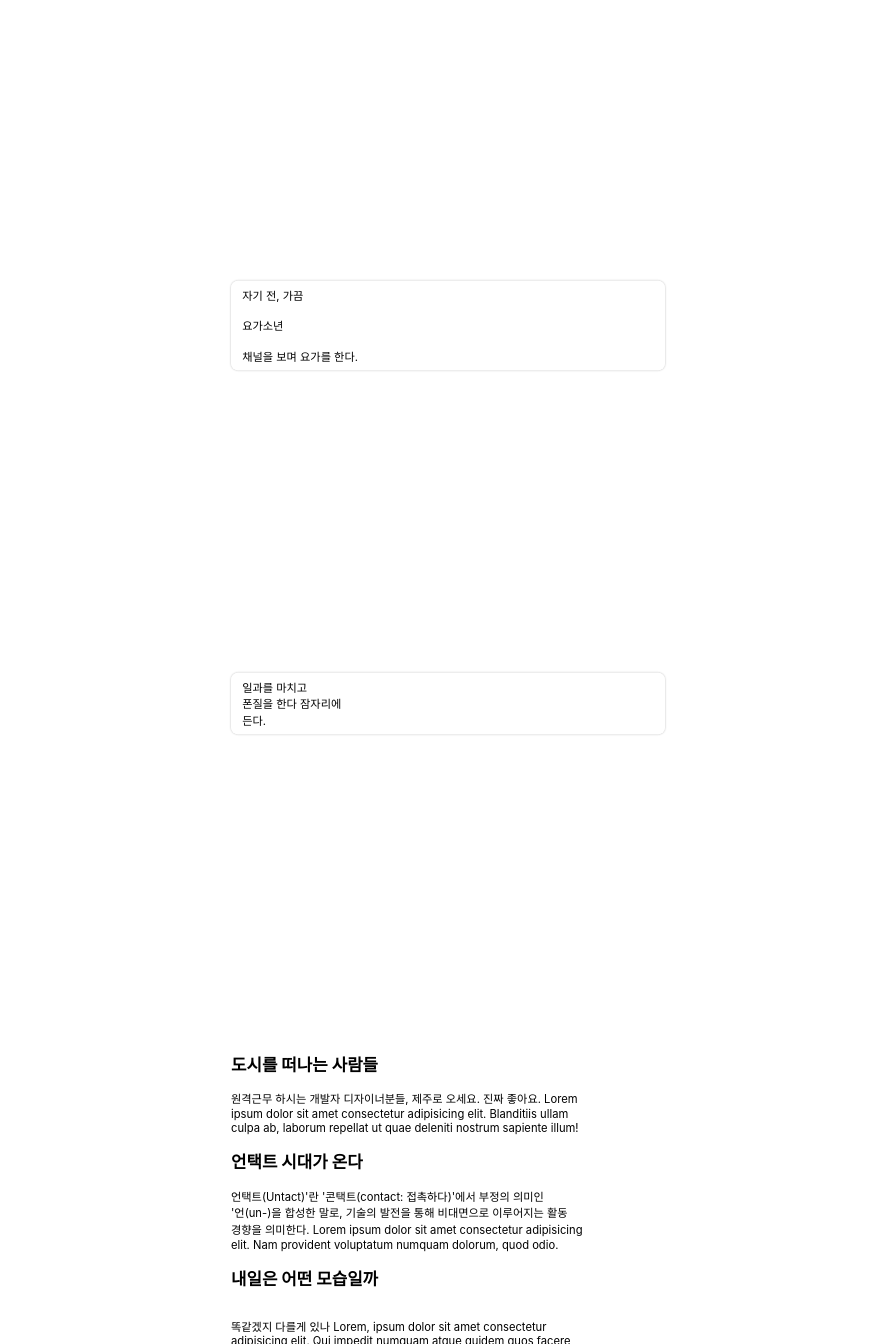
Repository: westone034626/ReactPractice
Page: /
An editor plug-in stored every save of this project. The page is shown before and after the next save, followed by the edit.
The browser window is 1280 px wide. The pictures show the part of the page from y = 4580 to 6500 px (the page is 6570 px tall before and 6550 px after), at 70% of full size.
The project was rebuilt for these pictures with package versions that can differ from the ones it lists, and the page was loaded fresh each time. Also part of the build but not shown: src/App.css.

Above is the page before, as saved 2021-10-31 23:46:55.

### src/App.js
import './App.css';
import styles from './App.module.css';

function App() {
  return (
    <div className={styles.body}>
      <div className={styles.header}>
        <div className={styles.globalWidth}>
          <h1 className={styles.pageTitle}>
            코로나19 시대, 제주 사는 개발자의 하루
          </h1>
          <p>
            이 페이지는 BBC 비주얼저널리즘 팀에서 제작한
            <a
              href="https://www.bbc.com/korean/resources/idt-48d3c9a7-4063-4289-9726-611b5ea9d7b5"
              target="_blank"
            >
              '재택근무의 일상화'... 코로나19가 바꿀 사무실의 미래
            </a>
            페이지를 비슷하게 구현해 본 개발 예제입니다. 시각적 기능만 비슷하게
            만들어 본 것이므로, 개발 방식은 전혀 다를 수도 있습니다.
            <br />
            아래의 내용은 제주 바닷가에 사는 개발자인 저의 실제 일상이기도
            하지만, 강의영상 예제로 만든 페이지이므로 내용에 큰 의미를 두고 보실
            필요는 없습니다 ㅎㅎ
            <br />
            밑으로 스크롤 해봅시다.
          </p>
        </div>
      </div>
      <div className={styles.scrollContent}>
        <div className={styles.scrollGraphic}>
          <div className={styles.graphicItem}>
            <img className={styles.sceneImg} src="img/00.png" alt="" />
          </div>
          <div className={styles.graphicItem}>
            <img className={styles.sceneImg} src="img/01.png" alt="" />
          </div>
          <div className={styles.graphicItem} data-action="birdFlies">
            <img className={styles.sceneImg} src="img/02.png" alt="" />
          </div>
          <div className={styles.graphicItem}>
            <img className={styles.sceneImg} src="img/bird.gif" alt="" />
          </div>
          <div className={styles.graphicItem}>
            <img className={styles.sceneImg} src="img/03.png" alt="" />
          </div>
          <div className={styles.graphicItem} data-action="birdFlies2">
            <img className={styles.sceneImg} src="img/04.png" alt="" />
          </div>
          <div className={styles.graphicItem}>
            <img className={styles.sceneImg} src="img/05.png" alt="" />
          </div>
          <div className={styles.graphicItem}>
            <img className={styles.sceneImg} src="img/06.png" alt="" />
          </div>
          <div className={styles.graphicItem}>
            <img className={styles.sceneImg} src="img/07.png" alt="" />
          </div>
          <div className={styles.graphicItem}>
            <img className={styles.sceneImg} src="img/08.png" alt="" />
          </div>
        </div>
        <div className={`${styles.scrollText} ${styles.globalWidth}`}>
          <div className={styles.step}>
            <p style={{ whiteSpace: 'pre-line' }}>
              {`일분이를 소개한다.

              1분코딩 의 마스코트이며 제주 바닷가에 사는 개발자인 일분이는
              코로나19 이전부터 재택근무를 해왔지만, 코로나19는 일분이의
              생활에도 변화를 주었다.
              `}
            </p>
          </div>
          <div className={styles.step}>
            <p style={{ whiteSpace: 'pre-line' }}>
              {`아침에 일어나면, 커피를 내리며 정신을 차린다.`}
            </p>
          </div>
          <div className={styles.step}>
            <p style={{ whiteSpace: 'pre-line' }}>
              {`사회적 거리두기를 위해 한적한 바닷길쪽으로 러닝을 한다.
              가끔 만나는 바닷새와 눈인사를 나눈다.`}
            </p>
          </div>
          <div className={styles.step}>
            <p style={{ whiteSpace: 'pre-line' }}>{`맞다, 트위터의 걔.`}</p>
          </div>
          <div className={styles.step}>
            <p
              style={{ whiteSpace: 'pre-line' }}
            >{`운동을 마치고 집에 돌아와 작업을 시작한다.`}</p>
          </div>
          <div className={styles.step}>
            <p style={{ whiteSpace: 'pre-line' }}>
              {`밥은 집에서 먹거나, 테이크아웃이 가능한 메뉴를 골라 탁 트인
              야외에서 먹는다. 물론 사회적 거리두기를 하기 위함이다.
          `}
            </p>
          </div>
          <div className={styles.step}>
            <p style={{ whiteSpace: 'pre-line' }}>
              {`보통 오후 작업은 집 근처의 일하기 좋은 카페에서 해왔지만, 코로나19
              이후에는 집에서 하는 날이 많아졌다.
              `}
            </p>
          </div>
          <div className={styles.step}>
            <p style={{ whiteSpace: 'pre-line' }}>
              {`라면 매니아 답게 유튜브로

                라면소녀

              채널을 보며 간식으로 라면을 먹는다.
              `}
            </p>
          </div>
          <div className={styles.step}>
            <p style={{ whiteSpace: 'pre-line' }}>
              {`자기 전, 가끔

                요가소년

              채널을 보며 요가를 한다.
              `}
            </p>
          </div>
          <div className={styles.step}>
            <p style={{ whiteSpace: 'pre-line' }}>
              {`일과를 마치고
              폰질을 한다 잠자리에
              든다.
              `}
            </p>
          </div>
        </div>
      </div>
      <div className={`${styles.normalContent} ${styles.globalWidth}`}>
        <h2>도시를 떠나는 사람들</h2>
        <p style={{ whiteSpace: 'pre-line' }}>
          {`원격근무 하시는 개발자 디자이너분들, 제주로 오세요. 진짜 좋아요. Lorem
          ipsum dolor sit amet consectetur adipisicing elit. Blanditiis ullam
          culpa ab, laborum repellat ut quae deleniti nostrum sapiente illum!
          `}
        </p>
        <h2>언택트 시대가 온다</h2>
        <p style={{ whiteSpace: 'pre-line' }}>
          {`언택트(Untact)'란 '콘택트(contact: 접촉하다)'에서 부정의 의미인
          '언(un-)을 합성한 말로, 기술의 발전을 통해 비대면으로 이루어지는 활동
          경향을 의미한다. Lorem ipsum dolor sit amet consectetur adipisicing
          elit. Nam provident voluptatum numquam dolorum, quod odio.
          `}
        </p>
        <h2>내일은 어떤 모습일까</h2>
        <p style={{ whiteSpace: 'pre-line' }}>
          {`
          똑같겠지 다를게 있나 Lorem, ipsum dolor sit amet consectetur
          adipisicing elit. Qui impedit numquam atque quidem quos facere
          obcaecati deleniti labore culpa esse nostrum dicta earum rem ducimus,
          voluptates eligendi voluptate exercitationem dolorem!
          `}
        </p>
      </div>
      <footer className={styles.globalFooter}>
        <a
          href="https://www.youtube.com/channel/UC_s1FC7s5YVwDImzv-WG93Q"
          target="blank"
        >
          1분코딩
        </a>
      </footer>
    </div>
  );
}

export default App;

### src/App.module.css
.body {
  margin: 0;
}

p {
  margin: 0;
  padding: 0;
}

a {
  color: royalblue;
}

img {
  max-width: 100%;
  height: auto;
}

.globalWidth {
  max-width: 620px;
  margin: 0 auto;
  padding: 0 1rem;
}

.scrollGraphic {
  position: sticky;
  top: 0;
  height: 100vh;
}

.graphicItem {
  position: absolute;
  left: 0;
  top: 0;
  width: 100%;
  height: 100%;
  display: flex;
  justify-content: center;
  align-items: center;
  /* opacity: 0; */
  transition: 0.5s;
}

.visible {
  opacity: 1;
}

.sceneImg {
  max-height: 100%;
}

.scrollText {
  position: relative;
  padding-bottom: 1px;
}

.step {
  margin-bottom: 60vh;
  background-color: rgba(255, 255, 255, 0.8);
  padding: 0.5rem 1rem;
  border-radius: 10px;
  box-shadow: rgba(0, 0, 0, 0.3) 0 0 3px;
}

Loaded but not shown: public/index.html (common file); src/index.js (common file); src/index.css (common file); src/reportWebVitals.js (common file)

After the next save:
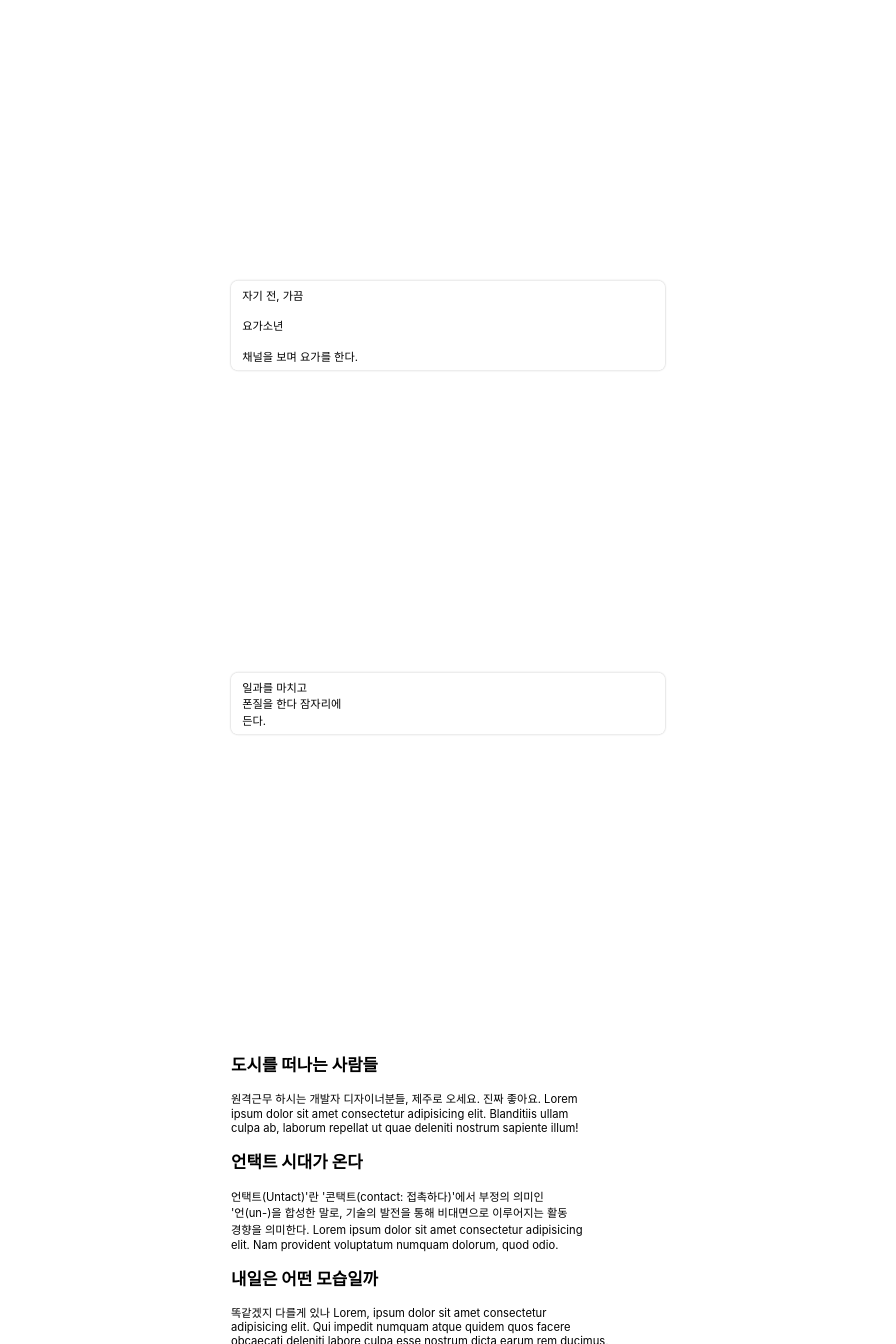
Saved 6 s later.
--- a/src/App.js
+++ b/src/App.js
@@ -153,8 +153,7 @@ function App() {
         </p>
         <h2>내일은 어떤 모습일까</h2>
         <p style={{ whiteSpace: 'pre-line' }}>
-          {`
-          똑같겠지 다를게 있나 Lorem, ipsum dolor sit amet consectetur
+          {`똑같겠지 다를게 있나 Lorem, ipsum dolor sit amet consectetur
           adipisicing elit. Qui impedit numquam atque quidem quos facere
           obcaecati deleniti labore culpa esse nostrum dicta earum rem ducimus,
           voluptates eligendi voluptate exercitationem dolorem!
